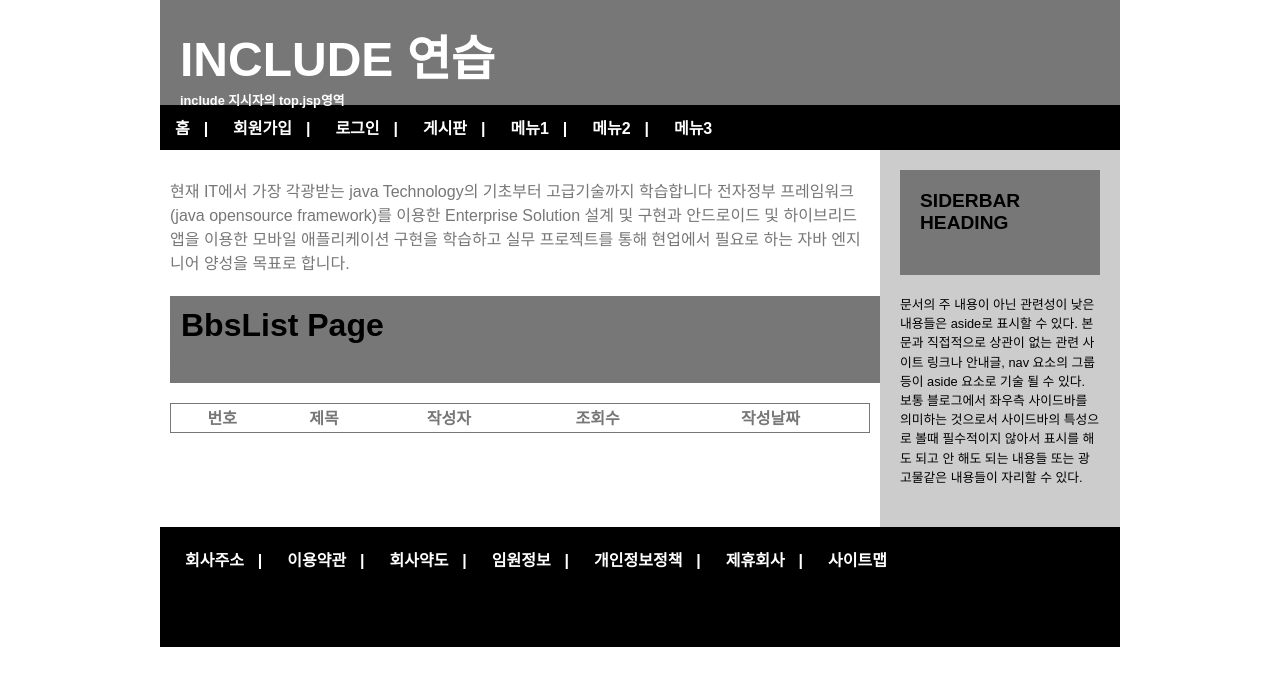
Repository: dev-sean/kosta
Page: http://localhost/jsp_1105_mybatis/bbslist.jsp
These files come from the project's save history. The page is drawn as it stood at one moment and after the next save; the edit follows.
The browser window is 1280 px wide. The pictures show the whole page.
Some web libraries are served in a nearby version. The page is served by Tomcat 9. Other server files are loaded and not shown.

Above is the page before, as saved 2014-11-05 06:49:34.

### jsp/jsp_1105_mybatis/WebContent/bbslist.jsp
<%@ page language="java" contentType="text/html; charset=EUC-KR"
	pageEncoding="EUC-KR"%>
<%@include file="ex1_top.jsp"%>
<article>


	<p>현재 IT에서 가장 각광받는 java Technology의 기초부터 고급기술까지 학습합니다 전자정부
		프레임워크(java opensource framework)를 이용한 Enterprise Solution 설계 및 구현과
		안드로이드 및 하이브리드앱을 이용한 모바일 애플리케이션 구현을 학습하고 실무 프로젝트를 통해 현업에서 필요로 하는 자바
		엔지니어 양성을 목표로 합니다.</p>
	<section>
		<header style="margin: auto; width: 100%;">
			<h2>BbsList Page</h2>
		</header>
		<p>
		<table
			style="width: 100%; border: 1px solid; border-collapse: collapse">
			<thead>
				<tr>
					<th>번호</th>
					<th>제목</th>
					<th>작성자</th>
					<th>조회수</th>
					<th>작성날짜</th>
				</tr>
			</thead>
			<tbody>
				<tr>
					<td></td>
					<td></td>
					<td></td>
					<td></td>
					<td></td>
				</tr>
			</tbody>
		</table>
	</section>
</article>
<aside>
	<header>
		<h1>Siderbar Heading</h1>
	</header>
	<p>문서의 주 내용이 아닌 관련성이 낮은 내용들은 aside로 표시할 수 있다. 본문과 직접적으로 상관이 없는 관련
		사이트 링크나 안내글, nav 요소의 그룹 등이 aside 요소로 기술 될 수 있다. 보통 블로그에서 좌우측 사이드바를
		의미하는 것으로서 사이드바의 특성으로 볼때 필수적이지 않아서 표시를 해도 되고 안 해도 되는 내용들 또는 광고물같은 내용들이
		자리할 수 있다.</p>

</aside>
<%@include file="ex1_bottom.jsp"%>

### jsp/jsp_1105_mybatis/WebContent/ex1_top.jsp
<%@ page language="java" contentType="text/html; charset=EUC-KR"
    pageEncoding="EUC-KR"%>
<!DOCTYPE html>
<html>
<head>
<meta charset="EUC-KR">
<title>Insert title here</title>
<link rel="stylesheet" href="style/style.css" type="text/css">
<script src="//code.jquery.com/jquery-1.11.0.min.js"></script>
<script src="//code.jquery.com/jquery-migrate-1.2.1.min.js"></script>
<script>
	$(document).ready(function() {

	});
</script>
</head>
<body>

	<header class="hd">
		<h1>Include 연습</h1>
		<h2>include 지시자의 top.jsp영역</h2>
		<%
			if(session.getAttribute("MEMBERID")!=null){
				String username = (String) session.getAttribute("USERNAME");
		%>
			<h2 style="color:yellow; font-size:13pt"><%=username %>님 반갑습니다. ^^</h2>
		<%
			}
		%>
	</header>
	<nav>
		<ul>
			<li><a href="ex1_body.jsp">홈</a>&nbsp; |</li>
			<%
				String menu1= "";
				String menu2 = "";
				//세션의 유무 판단
				if(session.getAttribute("MEMBERID")==null){
			%>
					<li><a href="join.jsp">회원가입</a>&nbsp; |</li>
					<li><a href="loginForm.jsp">로그인</a>&nbsp; |</li>
			<%
				}else{
			%>
					<li><a href="mypage.jsp">마이페이지</a>&nbsp; |</li>
					<li><a href="LogOut.jsp">로그아웃</a>&nbsp; |</li>
			<%
				}
			%>

			<li><a href="bbslist.jsp">게시판</a>&nbsp; |</li>
			<li><a href="">메뉴1</a>&nbsp; |</li>
			<li><a href="">메뉴2</a>&nbsp; |</li>
			<li><a href="">메뉴3</a></li>
		</ul>
	</nav>

### jsp/jsp_1105_mybatis/WebContent/ex1_bottom.jsp
<%@ page language="java" contentType="text/html; charset=EUC-KR"
	pageEncoding="EUC-KR"%>
<footer>
	<nav>
		<ul>
			<li><a href="">회사주소</a>&nbsp; |</li>
			<li><a href="">이용약관</a>&nbsp; |</li>
			<li><a href="">회사약도</a>&nbsp; |</li>
			<li><a href="">임원정보</a>&nbsp; |</li>
			<li><a href="">개인정보정책</a>&nbsp; |</li>
			<li><a href="">제휴회사</a>&nbsp; |</li>
			<li><a href="">사이트맵</a></li>
		</ul>
	</nav>
</footer>


</body>
</html>

### jsp/jsp_1105_mybatis/WebContent/style/style.css
@CHARSET "EUC-KR";
html, body, div, h1, h2, h3, h4, h5, h6, p {
	margin: 0;
	padding: 0;
	border: 0;
	outline: 0;
	font-size: 100%;
}

body {
	width: 960px;
	margin: 0 auto;
	font-family: Arial, sans-serif;
	color: #777;
}

p {
	margin-top: 20px;
	margin-bottom: 20px;
	line-height: 150%;
}
.hd h1{

}
header {
	background: #777;
	padding: 20px;
	height: 65px;
	clear: both;
}

body header  h1 {
	font-size: 3.0em;
	text-transform: uppercase;
	color: #fff;
}

body header  h2 {
	font-size: 0.8em;
	color: #fff;

}

body nav {
	height: 25px;
	padding: 10px;
	background: #000;
	color: #FFFFFF;
	font-weight: bold;
	clear: both;
	-moz-border-radius: 20px 0px;
}

body nav ul {
	padding: 0;
	margin: 0;
	list-style: none;
}

nav ul li {
	display: block;
	float: left;
	margin-right: 20px;
}

footer {
	background: #000;
	padding: 10px;
	height: 100px;
	color: #fff;
	clear: both;
}

nav ul li a {
	color: #fff;
	background: #000;
	text-decoration: none;
	padding: 5px;
	margin: 0;
}

nav ul li a:hover {
	background: #777;
}

article {
	width: 700px;
	padding: 10px;
	float: left;
}

article header {
	border: 1px dashed #777;
	padding: 10px;
}

article header h2 {
	color: #000;
	font-size: 2em;
}

time {
	font-size: 0.7em;
	margin-top: 0px;
	margin-bottom: 0px;
}

article section footer {
	border: 1px dashed #777;
	padding: 10px;
}

article>footer {
	font-style: italic;
}

figure {
	margin: 0 auto;
	padding: 20px;
	width: 500px;
	text-align: center;
	border: 1px dashed #ccc;
	clear: both;
}

figure img {
	padding: 10px;
	margin: 0 auto;
}

aside {
	width: 200px;
	padding: 20px;
	float: left;
	background: #ccc;
	color: #000;
	font-size: 0.8em;
}

aside header h1 {
	font-size: 1.5em;
	color: #000;
}

After the next save:
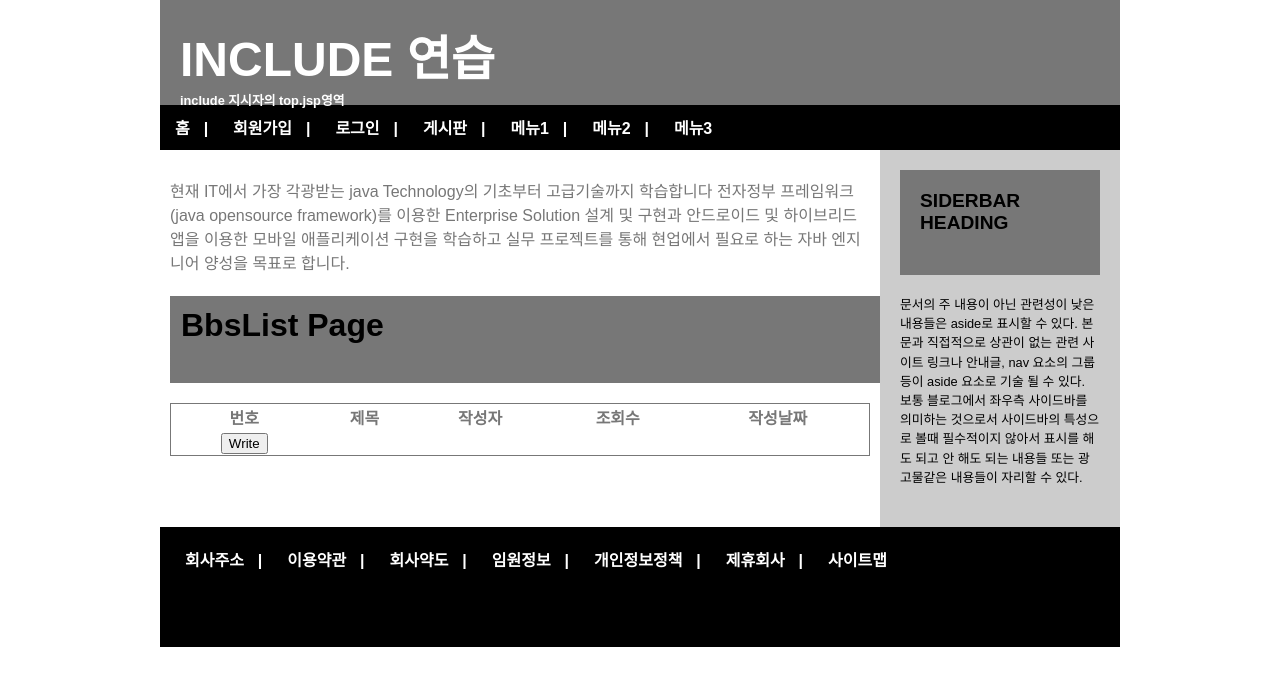
Saved 49 s later.
--- a/jsp/jsp_1105_mybatis/WebContent/bbslist.jsp
+++ b/jsp/jsp_1105_mybatis/WebContent/bbslist.jsp
@@ -24,6 +24,11 @@
 					<th>작성날짜</th>
 				</tr>
 			</thead>
+			<tfoot>
+				<tr>
+					<th><input type="button" value="Write"></th>
+				</tr>
+			</tfoot>
 			<tbody>
 				<tr>
 					<td></td>
